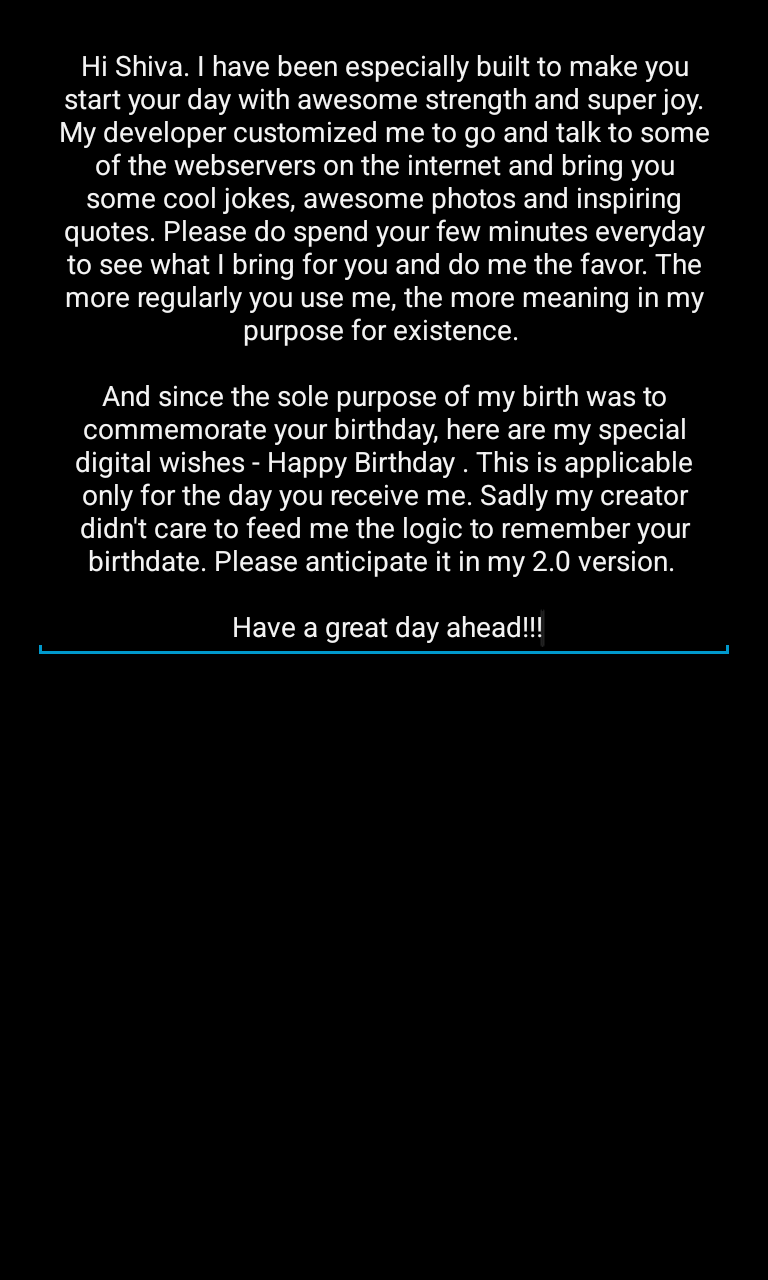
Repository: gitvas/FewMinutesEveryday
Layout: WorkspaceOne/FewMinutesEveryday/res/layout/activity_start.xml
An editor plug-in stored every save of this project. The layout is shown before and after the next save, followed by the edit.
It is drawn on a 768 x 1280 px phone screen (xhdpi) without system bars, with theme android:Theme.Holo; the app's code is not run.

Above is the layout before, as saved 2014-08-21 16:27:45.

After the next save:
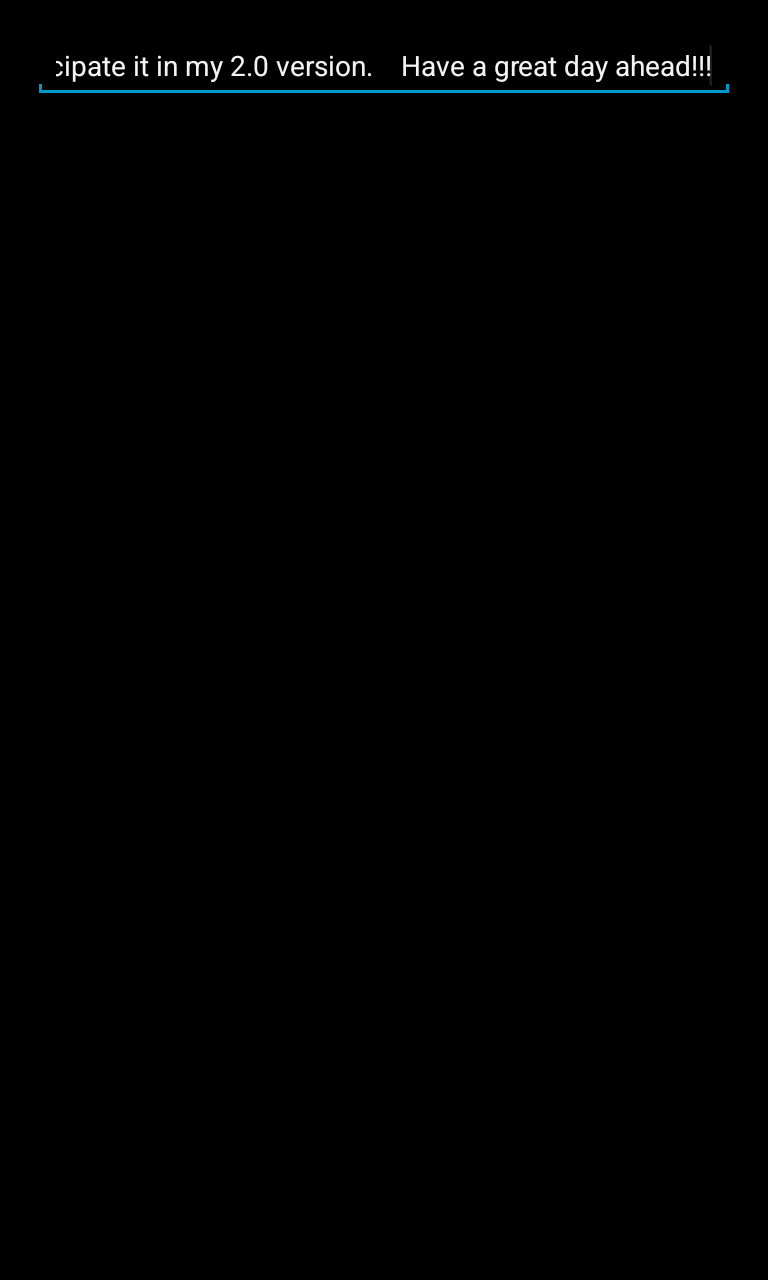
Saved 2 min 36 s later.
--- a/WorkspaceOne/FewMinutesEveryday/res/layout/activity_start.xml
+++ b/WorkspaceOne/FewMinutesEveryday/res/layout/activity_start.xml
@@ -16,7 +16,7 @@
         android:layout_centerHorizontal="true"
         android:ems="10"
         android:gravity="center"
-        android:inputType="textMultiLine"
+        android:inputType="textLongMessage"
         android:text="@string/intro_text"
         android:textSize="14sp" >
         <requestFocus />

After the 2 saves that followed:
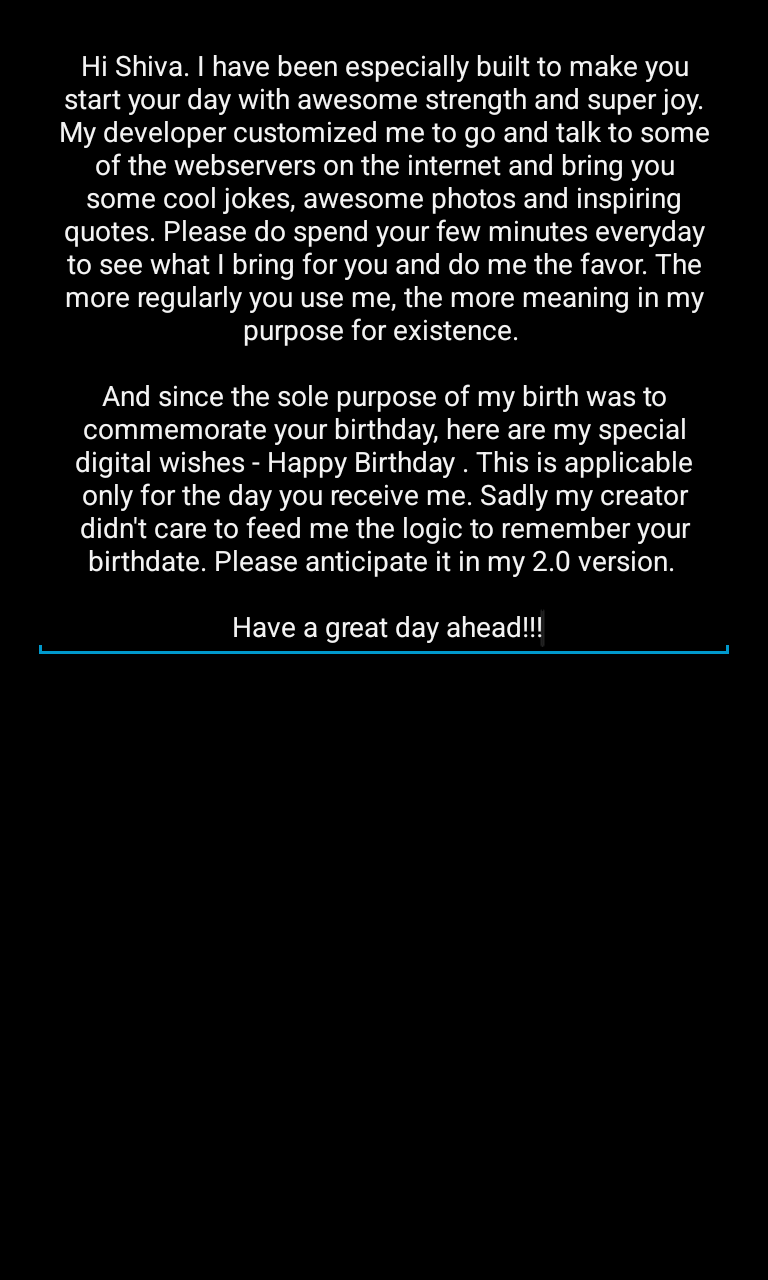
The 2 saves are shown as one change because 1 did not build or start.
The last was saved 100 s later.
--- a/WorkspaceOne/FewMinutesEveryday/res/layout/activity_start.xml
+++ b/WorkspaceOne/FewMinutesEveryday/res/layout/activity_start.xml
@@ -16,9 +16,9 @@
         android:layout_centerHorizontal="true"
         android:ems="10"
         android:gravity="center"
-        android:inputType="textLongMessage"
+        android:inputType="none"
         android:text="@string/intro_text"
-        android:textSize="14sp" >
+        android:textSize="14sp">
         <requestFocus />
     </EditText>
 
